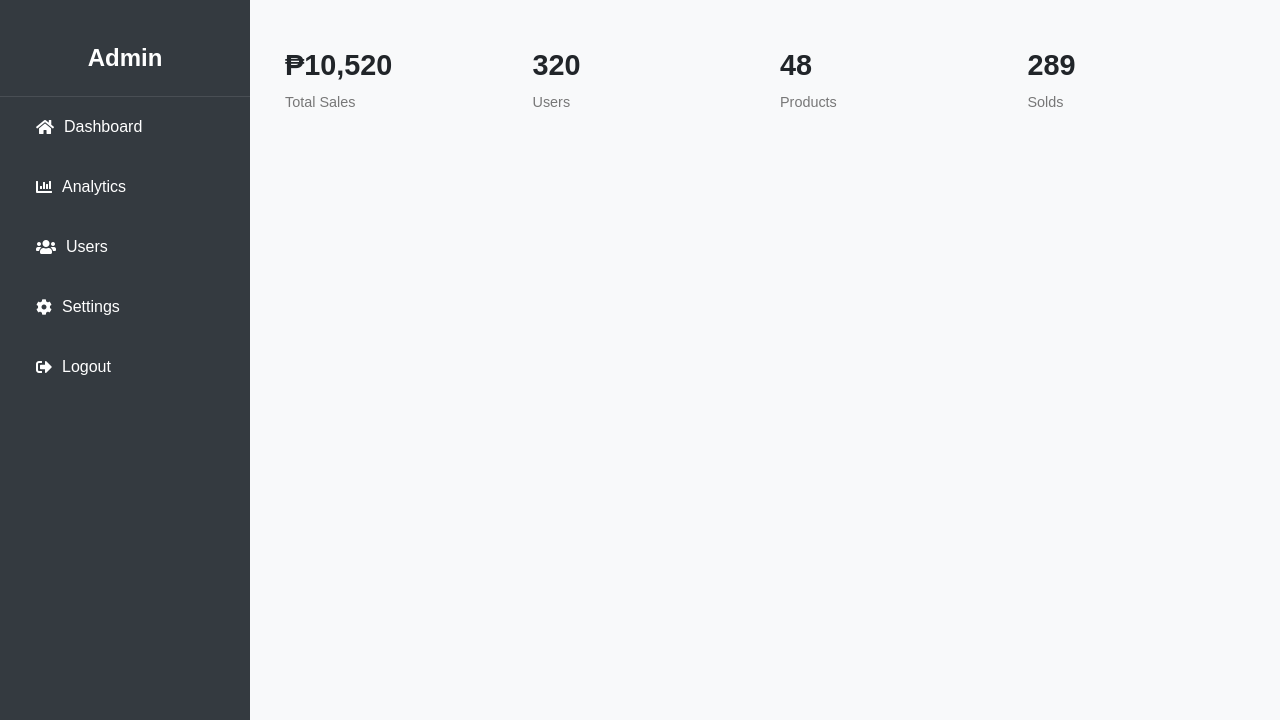
Repository: Darkrepo23/Ecommerce-Manalastas-project
Page: admin/dashboard.html
These files come from the project's save history. The page is drawn as it stood at one moment and after the next save; the edit follows.
The browser window is 1280 px wide. The pictures show the whole page.
Some web libraries are served in a nearby version.

Above is the page before, as saved 2026-01-06 09:02:27.

After the next save:
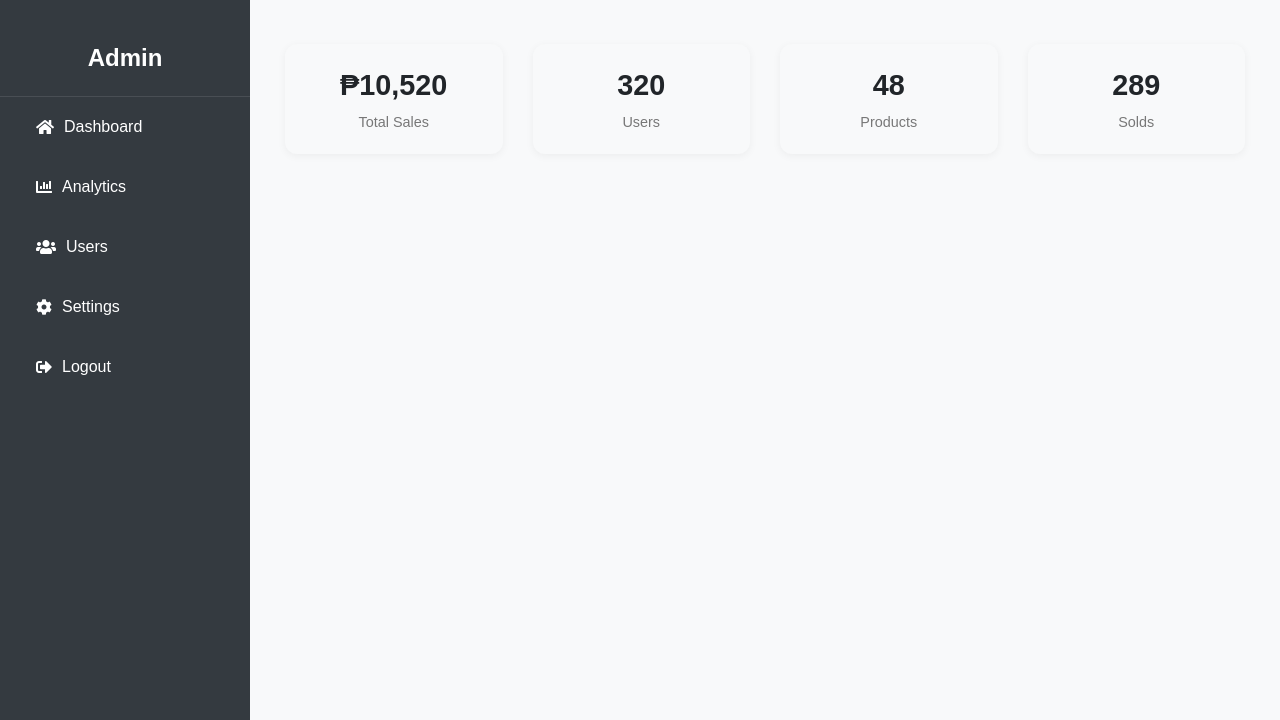
Saved 13 s later.
--- a/admin/dashboard.html
+++ b/admin/dashboard.html
@@ -58,7 +58,7 @@
             padding: 20px;
         }
 
-        <style>.stat-card {
+        .stat-card {
             padding: 20px;
             border-radius: 12px;
             background: #f8f9fa;
@@ -127,42 +127,42 @@
 
     <div class="content">
         <div class="container mt-4">
-    <div class="row g-3 justify-content-center">
+            <div class="row g-3 justify-content-center">
 
-        <!-- Total Sales -->
-        <div class="col-6 col-md-3">
-            <div class="stat-card">
-                <div class="stat-value">₱10,520</div>
-                <div class="stat-title">Total Sales</div>
+                <!-- Total Sales -->
+                <div class="col-6 col-md-3">
+                    <div class="stat-card">
+                        <div class="stat-value">₱10,520</div>
+                        <div class="stat-title">Total Sales</div>
+                    </div>
+                </div>
+
+                <!-- Users -->
+                <div class="col-6 col-md-3">
+                    <div class="stat-card">
+                        <div class="stat-value">320</div>
+                        <div class="stat-title">Users</div>
+                    </div>
+                </div>
+
+                <!-- Products -->
+                <div class="col-6 col-md-3">
+                    <div class="stat-card">
+                        <div class="stat-value">48</div>
+                        <div class="stat-title">Products</div>
+                    </div>
+                </div>
+
+                <!-- Sold Items -->
+                <div class="col-6 col-md-3">
+                    <div class="stat-card">
+                        <div class="stat-value">289</div>
+                        <div class="stat-title">Solds</div>
+                    </div>
+                </div>
+
             </div>
         </div>
-
-        <!-- Users -->
-        <div class="col-6 col-md-3">
-            <div class="stat-card">
-                <div class="stat-value">320</div>
-                <div class="stat-title">Users</div>
-            </div>
-        </div>
-
-        <!-- Products -->
-        <div class="col-6 col-md-3">
-            <div class="stat-card">
-                <div class="stat-value">48</div>
-                <div class="stat-title">Products</div>
-            </div>
-        </div>
-
-        <!-- Sold Items -->
-        <div class="col-6 col-md-3">
-            <div class="stat-card">
-                <div class="stat-value">289</div>
-                <div class="stat-title">Solds</div>
-            </div>
-        </div>
-
-    </div>
-</div>
     </div>
 
     <script src="https://code.jquery.com/jquery-3.5.1.slim.min.js"></script>
